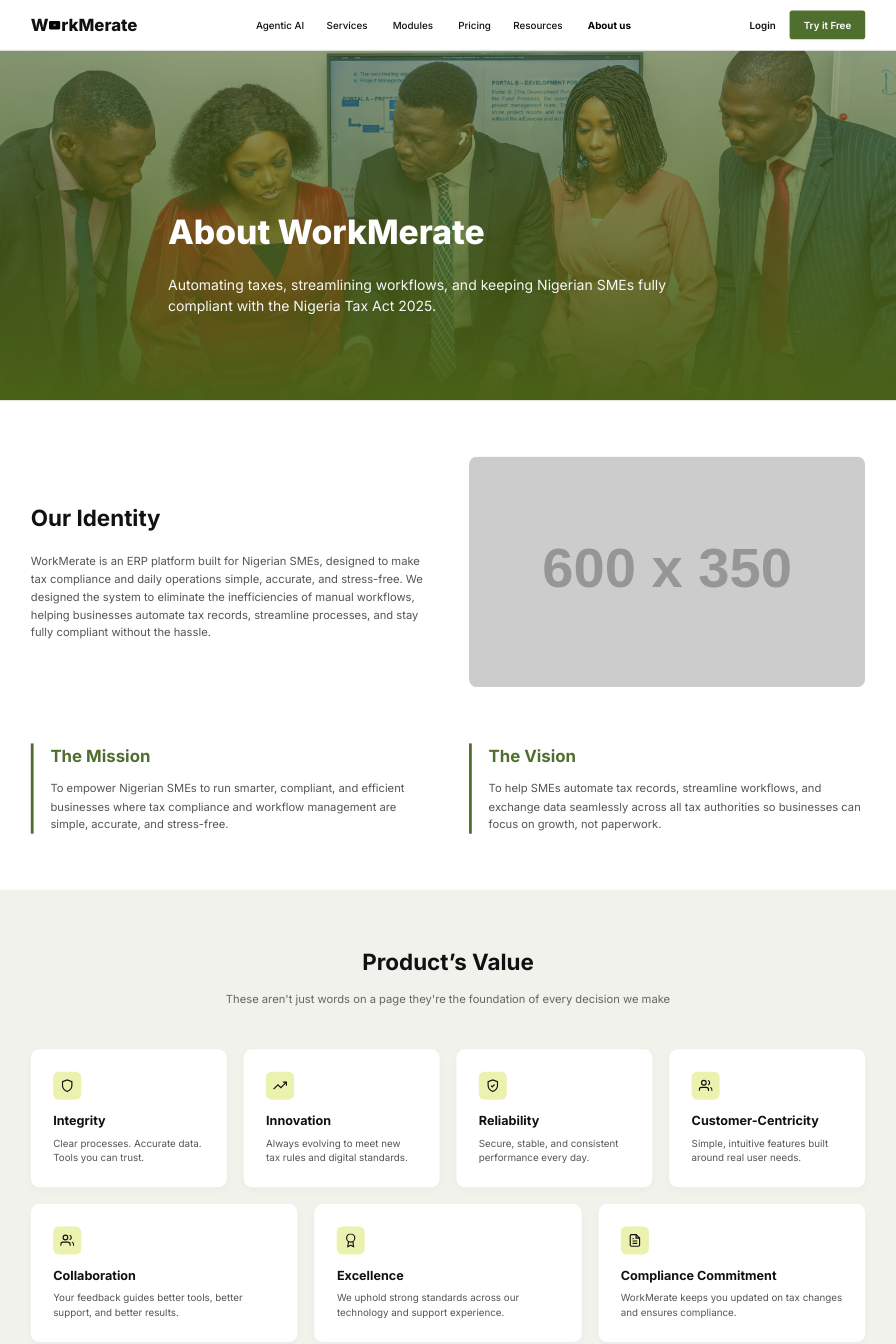
Repository: AYANO-EMMANUEL/workmerate
Page: about.html
These files come from the project's save history. The page is drawn as it stood at one moment and after a run of saves; the edit follows.
The browser window is 1280 px wide. The pictures show the part of the page from y = 0 to 1920 px (the page is 3402 px tall before and 3389 px after), at 70% of full size.

Above is the page before, as saved 2026-02-02 14:24:47.

After the next 4 saves:
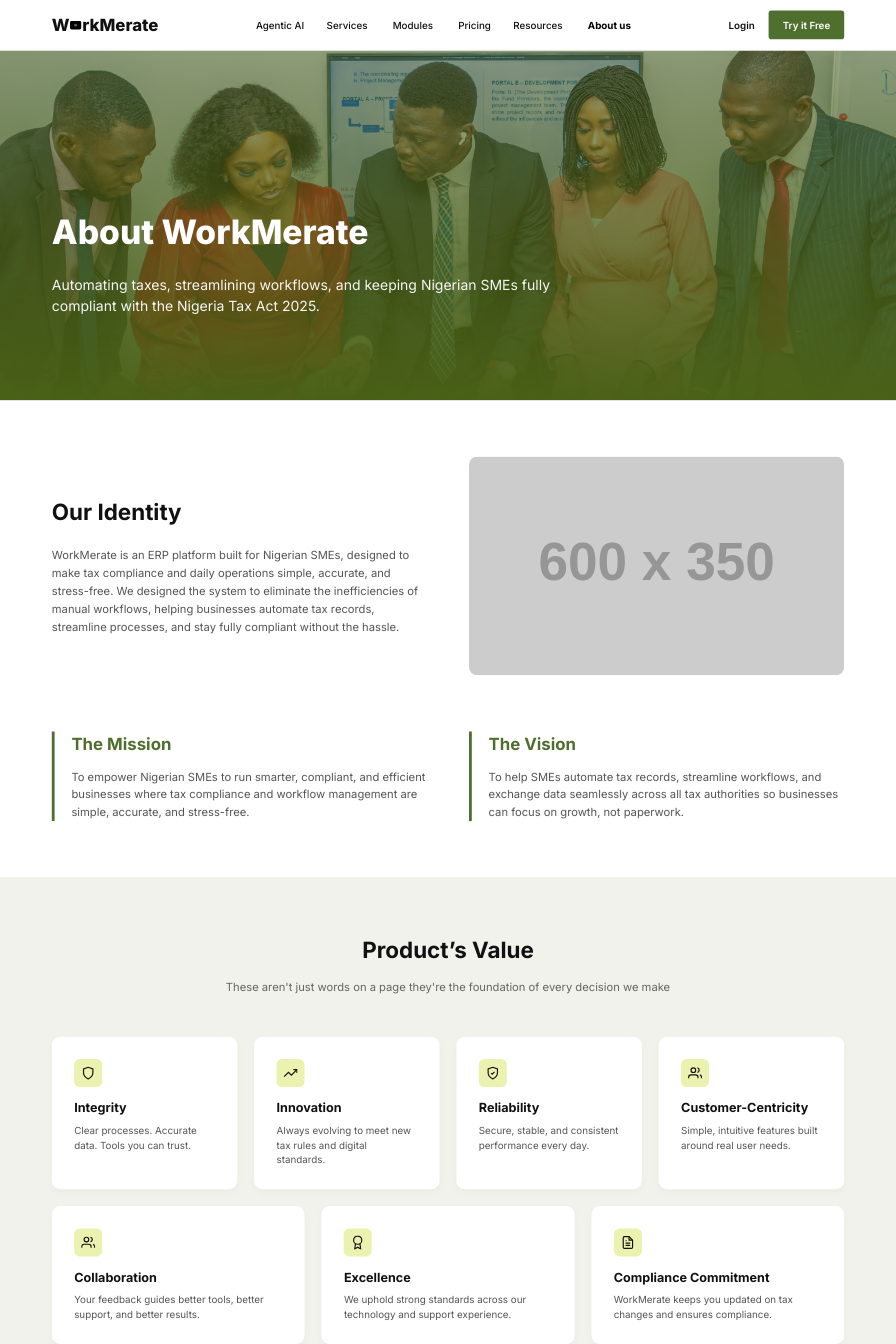
The 4 saves are shown as one change because they came seconds apart.
The last was saved 82 s later.
--- a/about.css
+++ b/about.css
@@ -37,7 +37,7 @@
 /* Utilities */
 .container {
   max-width: 1240px;
-  margin: 0 auto;
+  margin: 0 50px;
   padding: 0 24px;
 }
 .section-padding {
